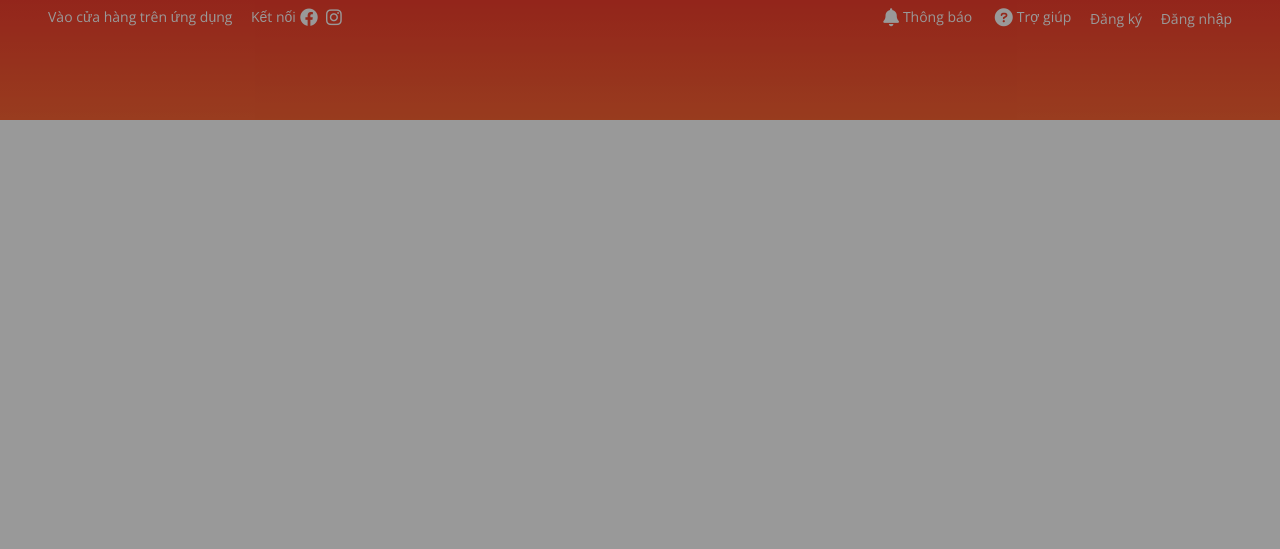
Repository: trongtamdev/Clone-Shopee-Page
Page: index.html
These files come from the project's save history. The page is drawn as it stood at one moment and after the next save; the edit follows.
The browser window is 1280 px wide. The pictures show the whole page.

Above is the page before, as saved 2022-07-08 14:29:53.

After the next save:
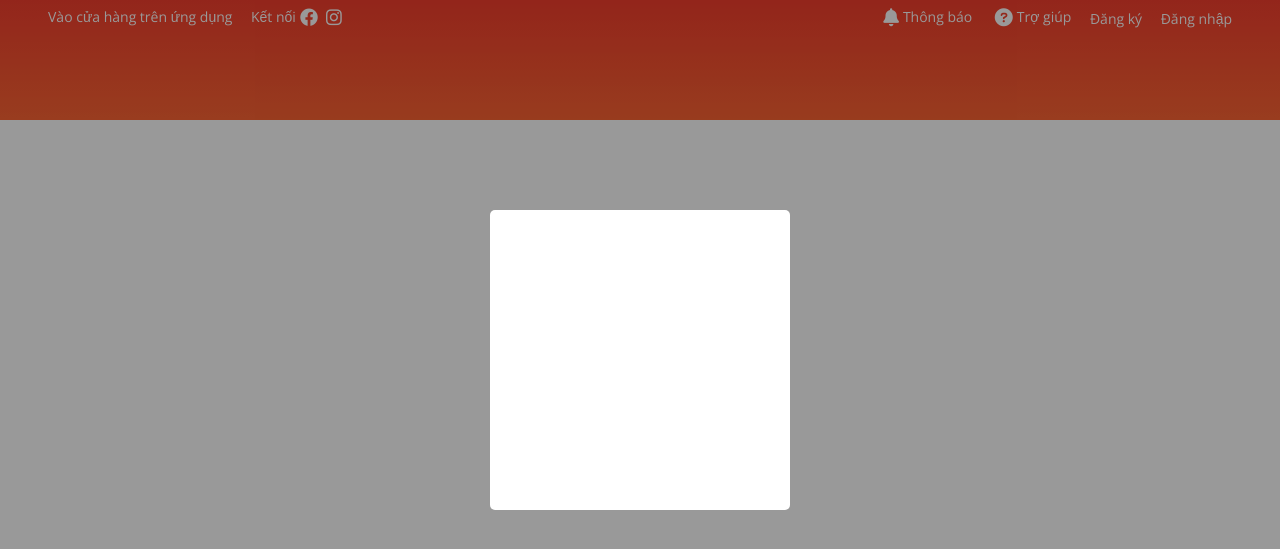
Saved 50 s later.
--- a/assets/css/base.css
+++ b/assets/css/base.css
@@ -62,4 +62,7 @@ html {
     height: 300px;
     background-color: var(--white-color);
     margin: auto;
+    position: relative;
+    z-index: 1;
+    border-radius: 5px;
 }
